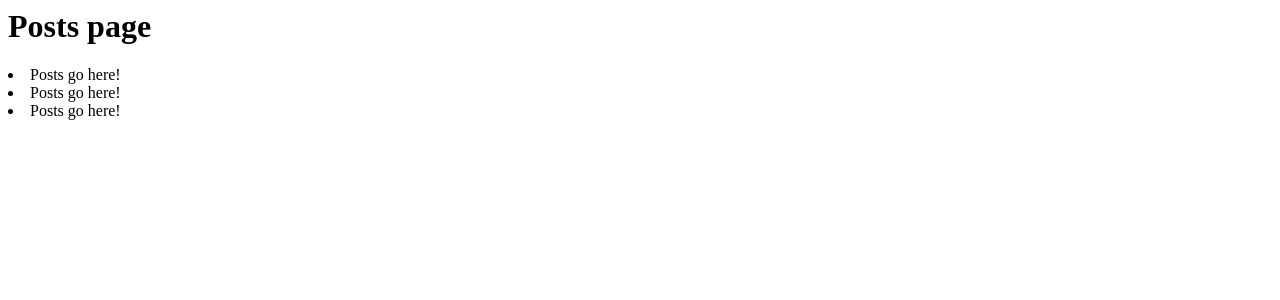
Repository: cuauhtlahuac/WebAppsPractices
Page: http://localhost/posts
The author's editor kept a record of every edit. The page is drawn from the files as they stood at one moment, then again after the next edit.
The browser window is 1280 px wide. The pictures show the whole page.
The page is served by the project's Node server (MoreExpress/EjsDemo/app.js).

Above is the page before.

### workspaceEnglish/MoreExpress/EjsDemo/views/posts.ejs
<h1>Posts page</h1>

<% for(var i = 0 ; i < posts.length ; i++){ %>

<li>Posts go here!</li>

<% } %>

### workspaceEnglish/MoreExpress/EjsDemo/app.js
var express = require("express");

var app = express();


app.use(express.static("public"));       //serves public directory for app.css

app.set("view engine", "ejs");

app.get("/", function(req, res){

    res.render("home");  //so that we don't have to write ejs after each template name

});


app.get("/youfellinlovewith/:thing", function(req, res){


    var thing = req.params.thing;

    res.render("love" , {
        thingVar : thing
    });


});


app.get("/posts", function(req, res){

    var posts = [{title: "Post 1", author: "Suzy"},

    {title: "Post 2", author: "Charlie"},

    {title: "Post 3", author: "Colt"}


        ];

        res.render("posts",{posts:posts});

});

















app.listen(process.env.PORT, process.env.IP, function(){

    console.log("Server is running");
})

After the next edit:
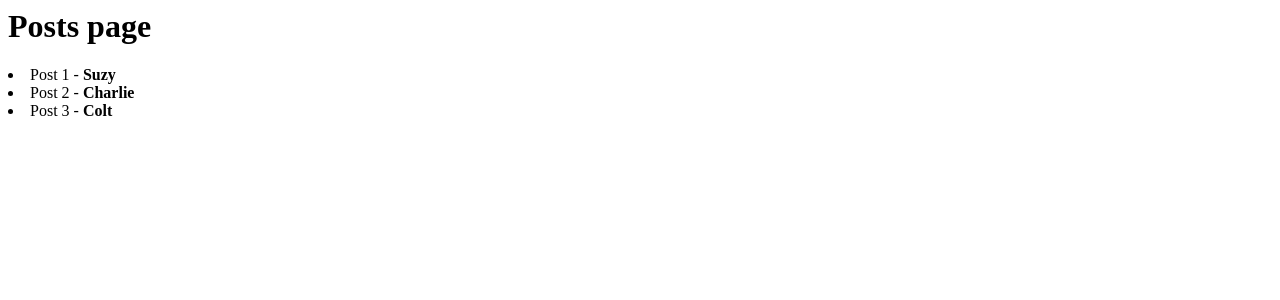
The edit:
--- a/workspaceEnglish/MoreExpress/EjsDemo/views/posts.ejs
+++ b/workspaceEnglish/MoreExpress/EjsDemo/views/posts.ejs
@@ -2,6 +2,8 @@
 
 <% for(var i = 0 ; i < posts.length ; i++){ %>
 
-<li>Posts go here!</li>
+<li>
+    <%= posts[i].title %> - <strong> <%= posts[i].author %> </strong>
+    </li>
 
 <% } %>
